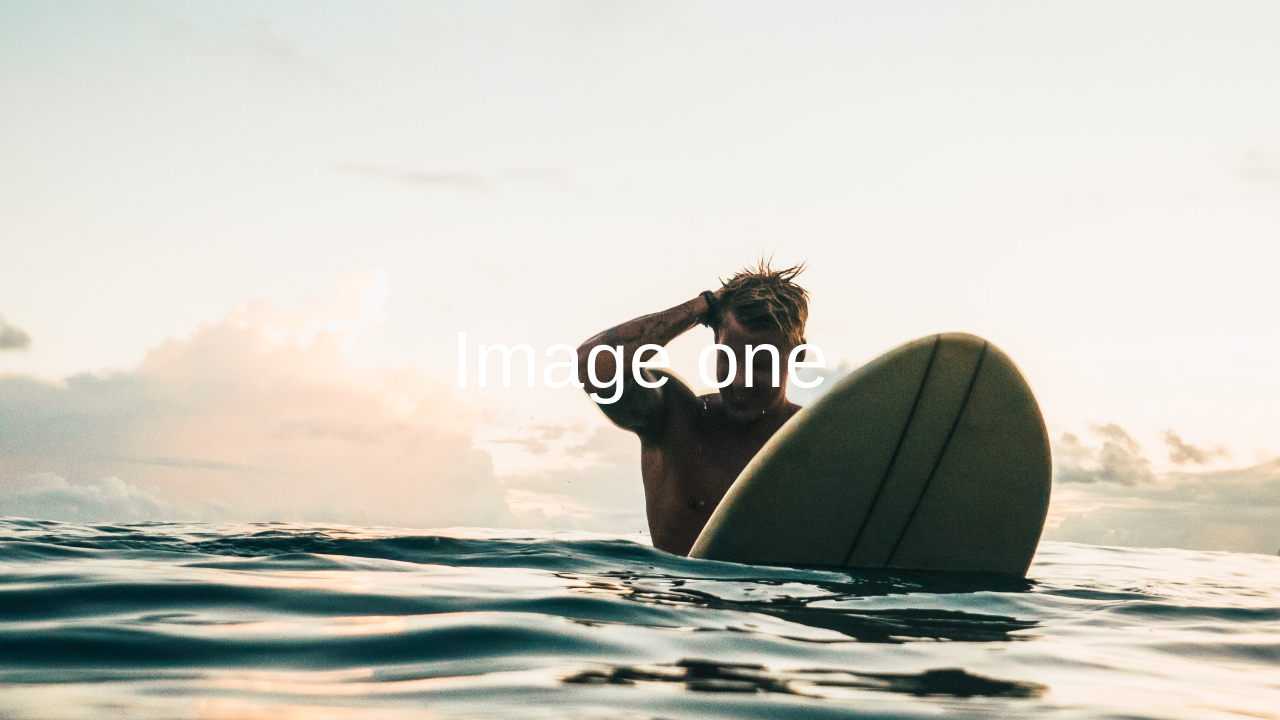
Repository: rahil001/preparation
Page: javascriptPrac/carousal/index.html
The author's editor kept a copy of each file at every save. The page is drawn from the files as they stood at one save, then again after a run of saves.
The browser window is 1280 px wide. The pictures show the whole page.
An inner scrolling area shows only its first screen.

Above is the page before, as saved 2019-10-08 12:13:06.

### javascriptPrac/carousal/index.html
<!DOCTYPE html>
<html lang="en">
<head>
    <meta charset="UTF-8">
    <meta name="viewport" content="width=device-width, initial-scale=1.0">
    <meta http-equiv="X-UA-Compatible" content="ie=edge">
    <title>Full Screen Slider</title>
    <link rel="stylesheet" href="index.css">
</head>
<body>
    <div class="wrap">
        <div id="arrow-left" class="arrow"></div>
        <div id="slider">
            <div class="slide slide1">
                <div class="slide-content">
                    <span>Image one</span>
                </div>
            </div>
            <div class="slide slide2">
                <div class="slide-content">
                    <span>Image Two</span>
                </div>
            </div>
            <div class="slide slide3">
                <div class="slide-content">
                    <span>Image Three</span>
                </div>
            </div>
            <div class="slide slide4">
                <div class="slide-content">
                    <span>Image four</span>
                </div>
            </div>
        </div>
        <div id="arrow-right" class="arrow"></div>

    </div>
</body>
</html>

### javascriptPrac/carousal/index.css
body, #slider, .wrap, .slide-content {
    margin: 0;
    padding: 0;
    font-family: Arial, Helvetica, sans-serif;
    width: 100%;
    height: 100vh;
    overflow-x: hidden;
}

.wrap{position: relative;}

.slide {
    background-size: cover;
    background-position: center;
    background-repeat: no-repeat;
}

.slide1 {
    background-image: url('images/image1.jpg')
}
.slide2 {
    background-image: url('images/image2.jpg')
}
.slide3 {
    background-image: url('images/image3.jpg')
}
.slide4 {
    background-image: url('images/image4.jpg')
}

.slide-content {
    display: flex;
    flex-direction: column;
    justify-content: center;
    align-items: center;
    text-align: center;
}

.slide-content span {
    font-size: 5rem;
    color: #fff;
}

After the next 2 saves:
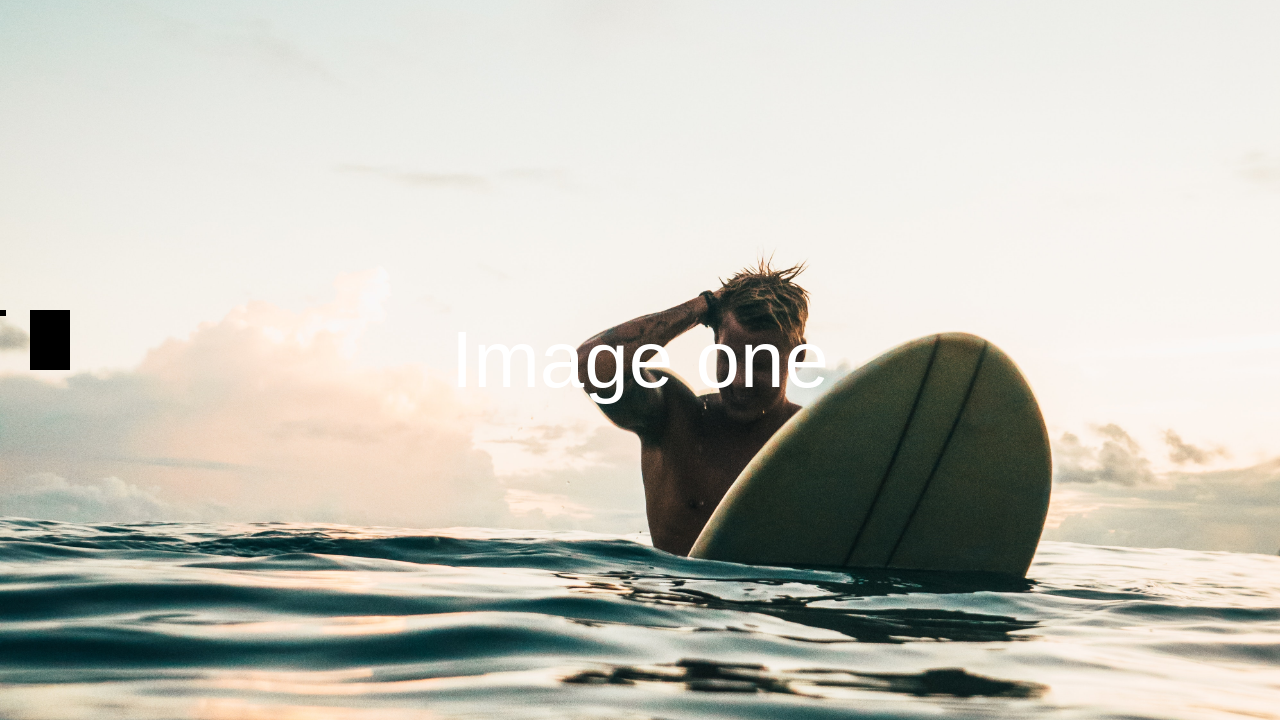
The 2 saves are shown as one change because they came seconds apart.
The last was saved 100 s later.
--- a/javascriptPrac/carousal/index.css
+++ b/javascriptPrac/carousal/index.css
@@ -40,3 +40,19 @@ body, #slider, .wrap, .slide-content {
     font-size: 5rem;
     color: #fff;
 }
+
+.arrow {
+    cursor: pointer;
+    position: absolute;
+    top: 50%;
+    margin-top: -50px;
+    width: 0;
+    height: 0;
+    border-style: solid;
+}
+
+#arrow-left {
+    border-width: 30px 40px 30px 0;
+    left: 0;
+    margin-left: 30px;
+}
